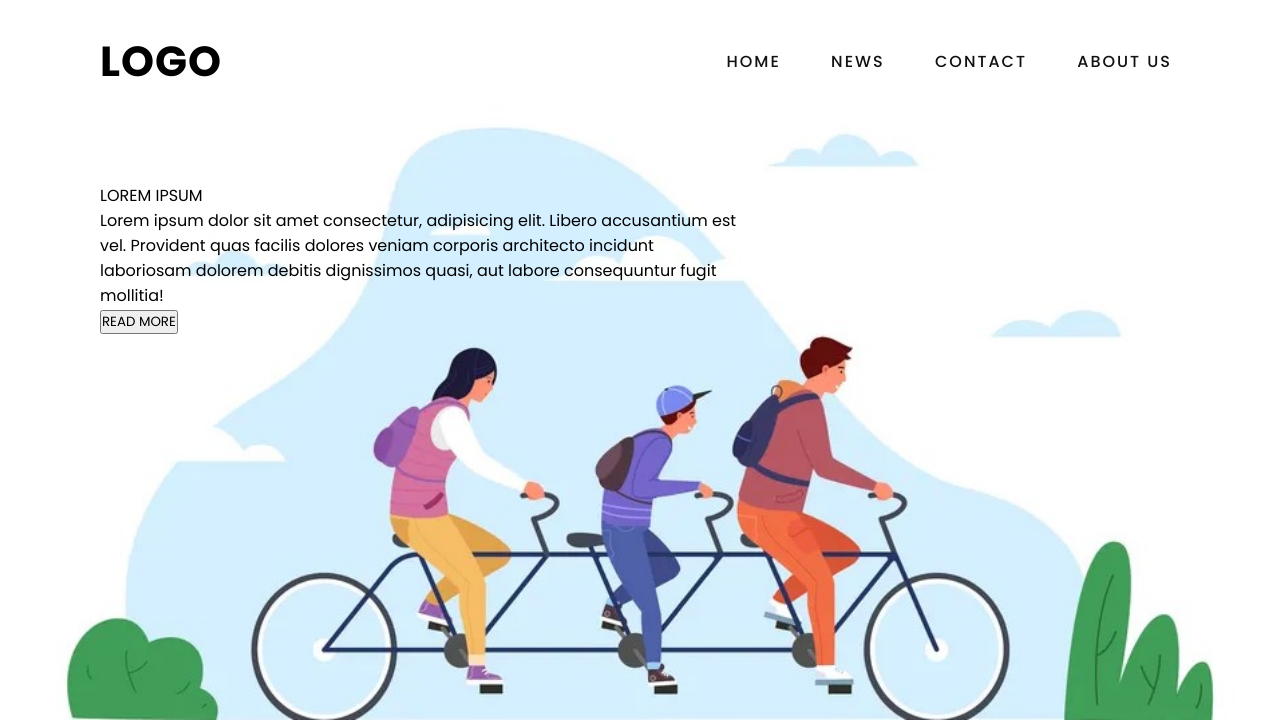
Repository: nganha241/1806
Page: index.html
These files come from the project's save history. The page is drawn as it stood at one moment and after the next save; the edit follows.
The browser window is 1280 px wide. The pictures show the whole page.

Above is the page before, as saved 2022-06-18 15:48:38.

After the next save:
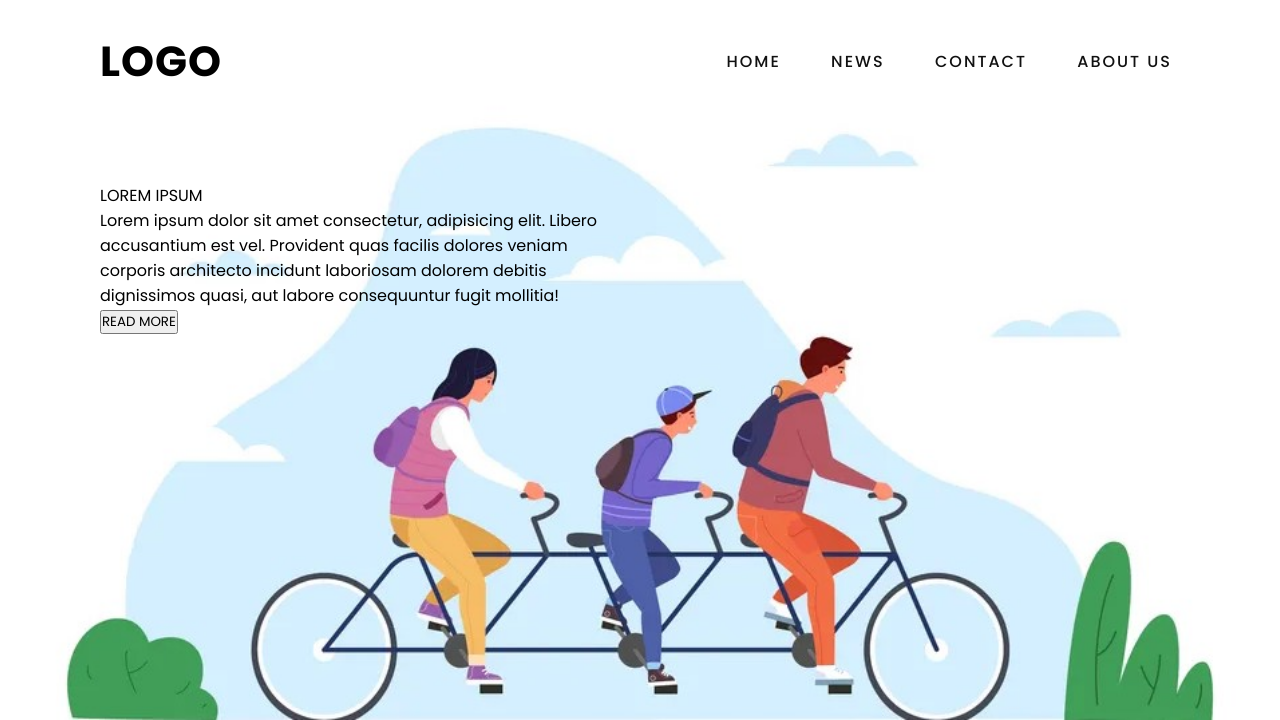
Saved 10 s later.
--- a/style.css
+++ b/style.css
@@ -64,5 +64,5 @@ section header {
 
 .content {
     margin: 60px 100px;
-    width: 50%;
+    width: 40%;
 }
